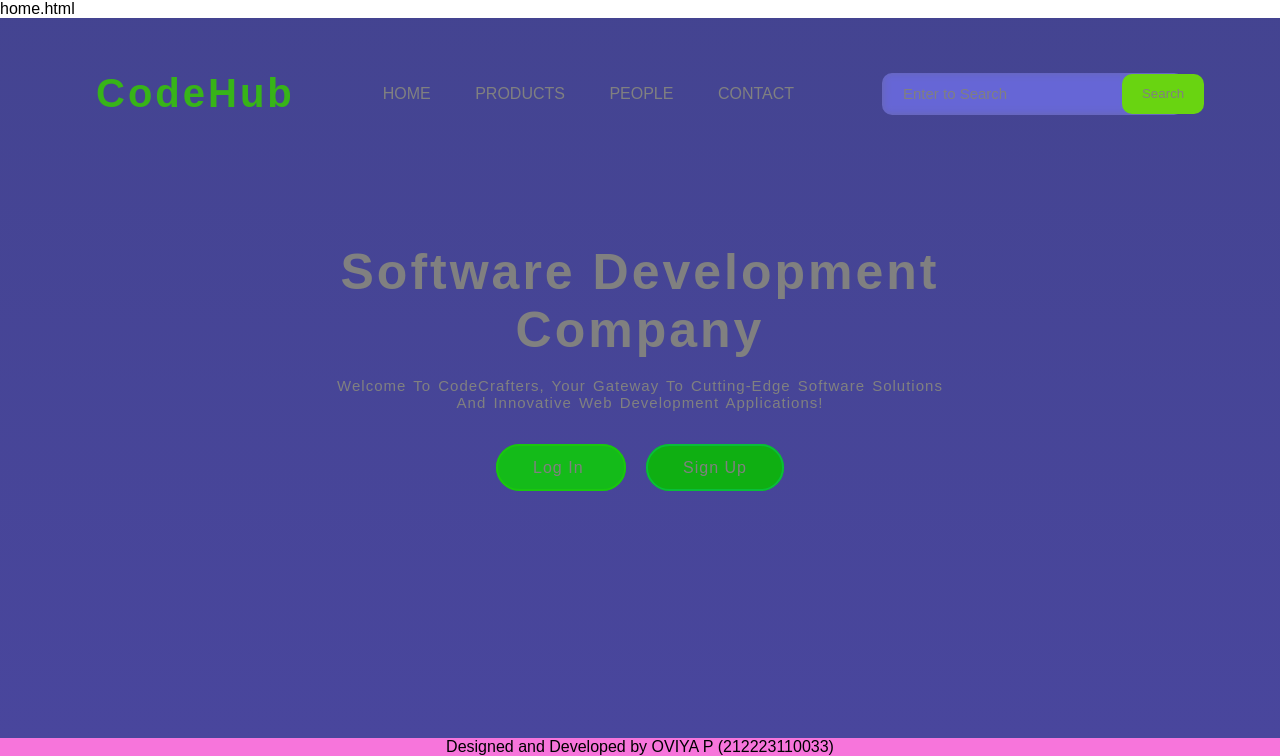
Repository: Oviya24032K6/softweb
Page: oviya/softapp/static/home.html
An editor plug-in stored every save of this project. The page is shown before and after a run of saves, followed by the edit.
The browser window is 1280 px wide. The pictures show the whole page.

Above is the page before, as saved 2024-04-23 11:29:29.

### oviya/softapp/static/home.html
home.html

<html>
    <head>
        <meta name="viewport" content="width=device-width, initial-scale=1.0">
        <title> Software Development Company </title>
        <style type="text/css">
            * {
                margin: 0;
                padding: 0;
                font-family: Arial, Helvetica, sans-serif;
            }
            .banner {
                width: 100%;
                height: 100vh;
                background-image: linear-gradient(rgba(5, 5, 108, 0.75),rgba(12, 8, 124, 0.75));
                background-size: cover;
                background-position: center;
            }
            .navbar {
                width: 85%;
                margin: auto;
                padding: 35px 0;
                display: flex;
                align-items: center;
                justify-content: space-between;
            }
            .logo {
                color:#37b418;
                font-size: 40px;
                font-weight: 700;
                letter-spacing: 3px;
            }
            span {
                color: gray;
            }
            form {
                width: 300px;
                height: 40px;
                display: flex;
                background: rgba(255, 255, 255, 0.2);
                padding: 1px 1px;
                font-size: 15px;
                border-radius: 10px;
                backdrop-filter: blur(4px) saturate(180%);
            }
            form input {
                background: transparent;
                flex: 1;
                border: 0;
                outline: none;
                padding: 12px 20px;
                font-size: 15px;
                color: gray;
            }
            ::placeholder {
                color: gray;
            }
            form button {
                border: 0;
                outline: none;
                padding: 5px 20px;
                color: gray;
                border-radius: 10px;
                background:#69d411;
                cursor: pointer;
            }
            .navbar li {
                list-style: none;
                display: inline-block;
                margin: 0 20px;
                position: relative;
            }
            .navbar li a {
                text-decoration: none;
                color: gray;
                text-transform: uppercase;
            }
            .navbar li:hover {
                border: 1px;
                padding: 10px;
                color: gray;
                background-color:#1dbc3f;
                transition: 0.5s;
                cursor: pointer;
                border-radius: 30px;
            }
            .content {
                position: absolute;
                top: 50%;
                left: 50%;
                transform: translate(-50%,-50%);
                text-align: center;
            }
            .text h2 {
                color: gray;
                font-weight: 800;
                font-size: 50px;
                letter-spacing: 3px;
            }
            .text p {
                color: gray;
                text-transform: capitalize;
                font-size: 15px;
                margin-bottom: 30px;
                word-spacing: 2px;
                letter-spacing: 1px;
            }
            .login {
                margin: 0px 10px;
                border: 2px solid#1ac70e;
                padding: 13px 35px;
                letter-spacing: 1px;
                color: gray;
                border-radius: 30px;
                background-color:#14bb19;
                text-decoration: none;
            }
            .login:hover {
                border: 2px solid#12af31;
                color:#0db118;
                background-color: gray;
                transition: 0.5s;
                cursor: pointer;
            }
            .signup {
                margin: 0px 10px;
                border: 2px solid#09be39;
                padding: 13px 35px;
                letter-spacing: 1px;
                color: gray;
                border-radius: 30px;
                background-color:#0faf12;
                text-decoration: none;
            }
            .signup:hover {
                border: 2px solid#0dc040;
                color:#0f9d26;
                background-color: gray;
                transition: 0.5s;
                cursor: pointer;
            }
            footer {
                background-color:#f775db;
                margin-top: auto;
            }
        </style>
    </head>
<body>
    <div class="banner">
        <br>
        <div class="navbar">
            <h1 class="logo">CodeHub</h1>
            <ul>
                <li><a href="http://127.0.0.1:8000/static/home.html"> Home </a></li>
                <li><a href="http://127.0.0.1:8000/static/product.html"> Products </a></li>
                <li><a href="http://127.0.0.1:8000/static/people.html"> People </a></li>
                <li><a href="http://127.0.0.1:8000/static/contact.html"> Contact </a></li>
            </ul>
            <form action="" method="get">
                <input type="text" placeholder="Enter to Search">
                <button type="submit"> Search </button>
            </form>
        </div>
        <div class="content">
            <div class="text">
                <h2> Software Development Company </h2>
                <br>
                <p> Welcome to CodeCrafters, your gateway to cutting-edge software solutions and innovative web development applications! </p>
                <br>
                <div>
                    <a href="#" class="login"> Log In </a>
                    <a href="#" class="signup"> Sign Up </a>
                </div>
            </div>
        </div>
    </div>
    <footer>
        <center> Designed and Developed by OVIYA P (212223110033) </center>
    </footer>
</body>
</html>

After the next 2 saves:
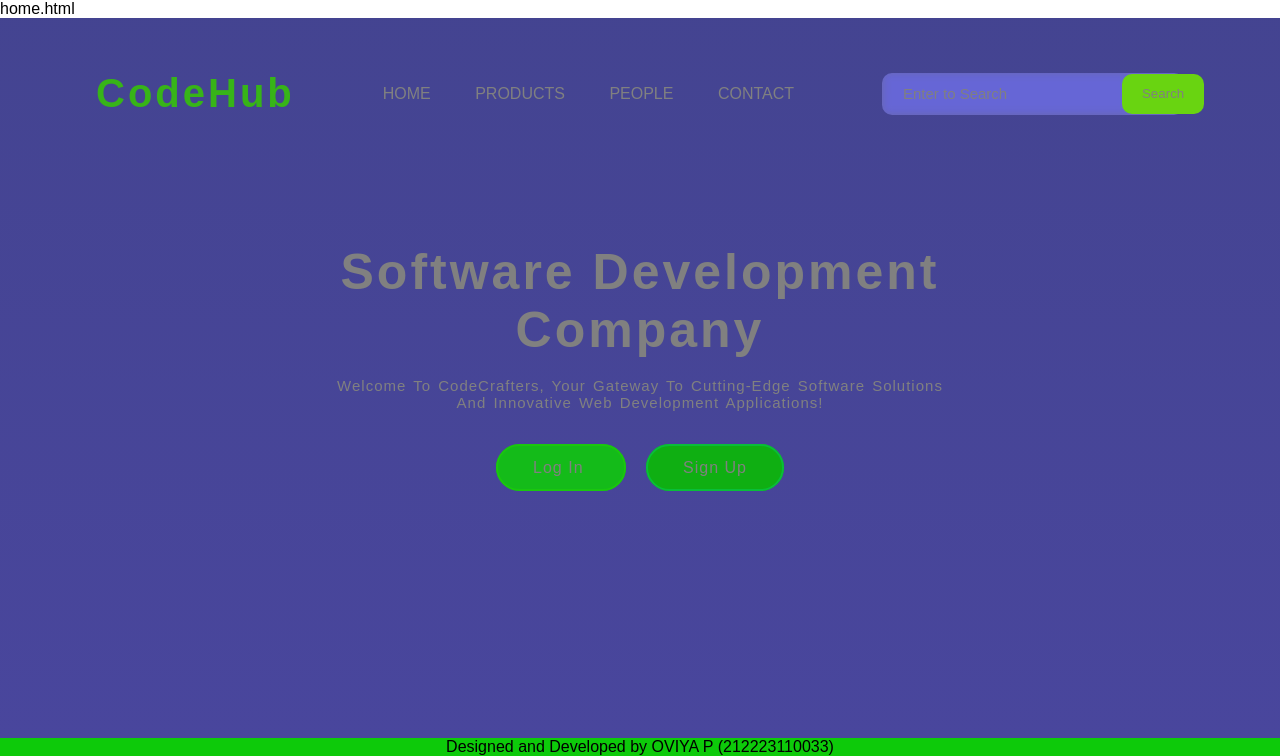
The 2 saves are shown as one change because they came seconds apart.
The last was saved 5 s later.
--- a/oviya/softapp/static/home.html
+++ b/oviya/softapp/static/home.html
@@ -141,7 +141,7 @@ home.html
                 cursor: pointer;
             }
             footer {
-                background-color:#f775db;
+                background-color:#0dca0a;
                 margin-top: auto;
             }
         </style>
